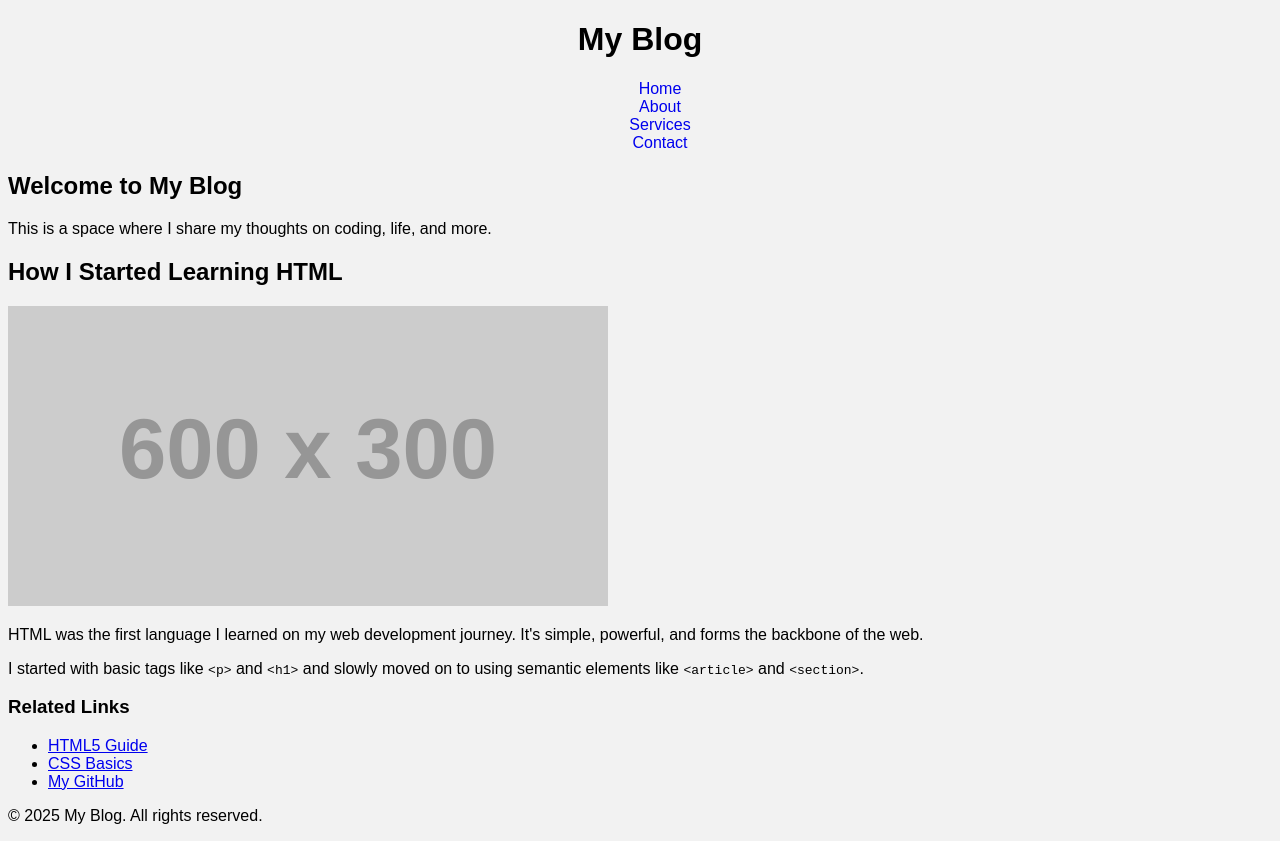
Repository: SainediAmbika/RecallingAll
Page: Angular Recalling/Blog Page/index.html
These files come from the project's save history. The page is drawn as it stood at one moment and after the next save; the edit follows.
The browser window is 1280 px wide. The pictures show the whole page.

Above is the page before, as saved 2025-05-19 11:58:48.

### Angular Recalling/Blog Page/index.html
<!DOCTYPE html>
<html lang="en">

<head>
    <meta charset="UTF-8">
    <meta name="viewport" content="width=device-width, initial-scale=1.0">
    <link rel="stylesheet" href="app.css">
    <title>Blog Page</title>

</head>
<body>
    <header class="header">
        <h1>My Blog</h1>
        <nav>
            <ul>
                <li><a href="#">Home</a></li>
                <li><a href="#">About</a></li>
                <li><a href="#">Services</a></li>
                <li><a href="#">Contact</a></li>

            </ul>
        </nav>
    </header>
    <main>

        <section>
            <h2>Welcome to My Blog</h2>
            <p>This is a space where I share my thoughts on coding, life, and more.</p>
        </section>
    </main>
    <article>
        <h2>How I Started Learning HTML</h2>
        <img src="https://via.placeholder.com/600x300" alt="A person learning HTML on a laptop">
        <p>HTML was the first language I learned on my web development journey. It's simple, powerful, and forms the
            backbone of the web.</p>
        <p>I started with basic tags like <code>&lt;p&gt;</code> and <code>&lt;h1&gt;</code> and slowly moved on to
            using semantic elements like <code>&lt;article&gt;</code> and <code>&lt;section&gt;</code>.</p>
    </article>

    <aside>
        <h3>Related Links</h3><ul>
            <li><a href="https://www.w3schools.com/html/">HTML5 Guide</a></li>
            <li><a href="https://www.w3schools.com/css/">CSS Basics</a></li>
            <li><a href="https://github.com/">My GitHub</a></li>

        </ul>
    </aside>




    <footer>
        <p>&copy; 2025 My Blog. All rights reserved.</p>
    </footer>
    </article>

</body>

</html>

### Angular Recalling/Blog Page/app.css
.header{
    text-align: center;
}

nav ul{
    list-style-type: none;

}

nav ul li a{
    text-decoration: none;
}

body {
    font-family: Arial, sans-serif;
    background-color: #f2f2f2;

 }

After the next save:
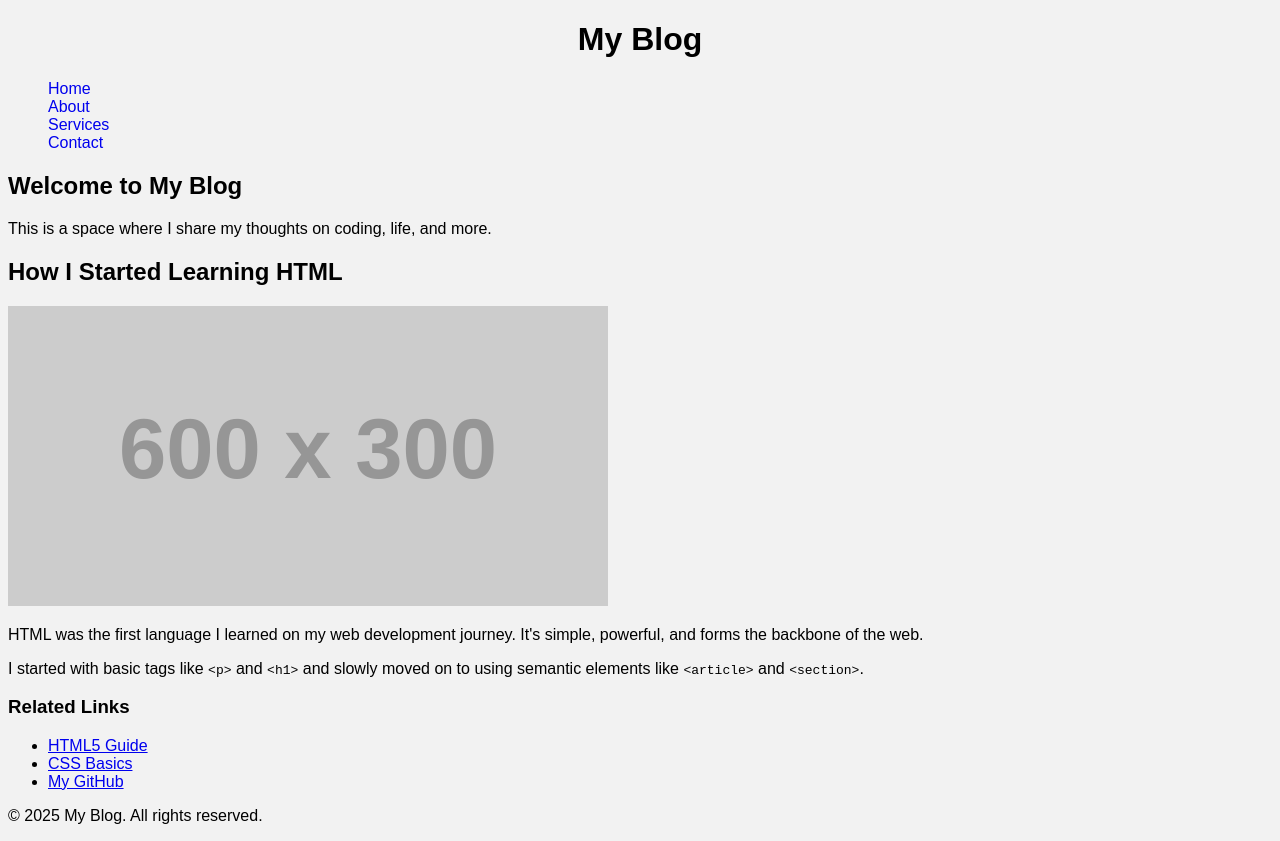
Saved 31 s later.
--- a/Angular Recalling/Blog Page/app.css
+++ b/Angular Recalling/Blog Page/app.css
@@ -9,6 +9,8 @@
 
 nav ul li a{
     text-decoration: none;
+    display: flex;
+    flex-direction: row;
 }
 
 body {

After the save that followed:
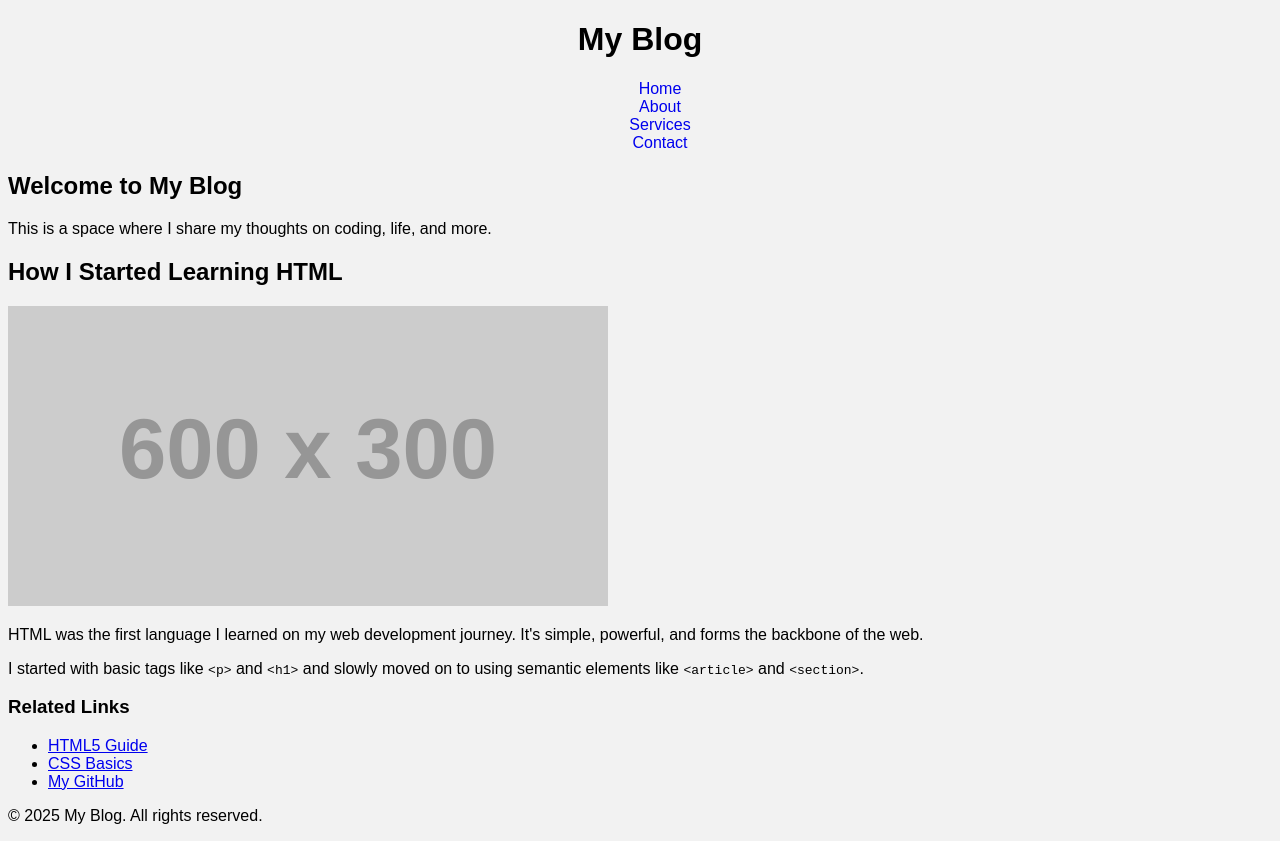
Saved 12 s later.
--- a/Angular Recalling/Blog Page/app.css
+++ b/Angular Recalling/Blog Page/app.css
@@ -10,7 +10,7 @@
 nav ul li a{
     text-decoration: none;
     display: flex;
-    flex-direction: row;
+    flex-direction: column;
 }
 
 body {
